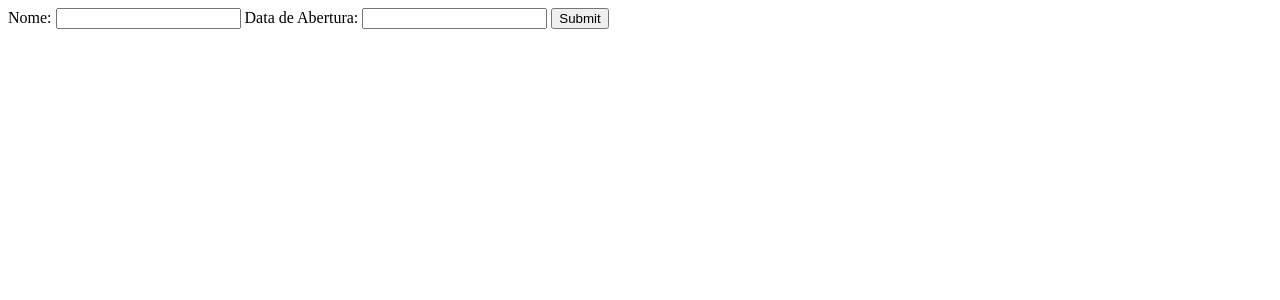
Repository: rodrigo-peddinghausen/java-servelet
Page: http://localhost/gerenciador/mostraEmpresa?id=1
The author's editor kept a copy of each file at every save. The page is drawn from the files as they stood at one save, then again after the next save.
The browser window is 1280 px wide. The pictures show the whole page.
The page is served by Tomcat 9.

Above is the page before, as saved 2021-05-01 16:23:41.

After the next save:
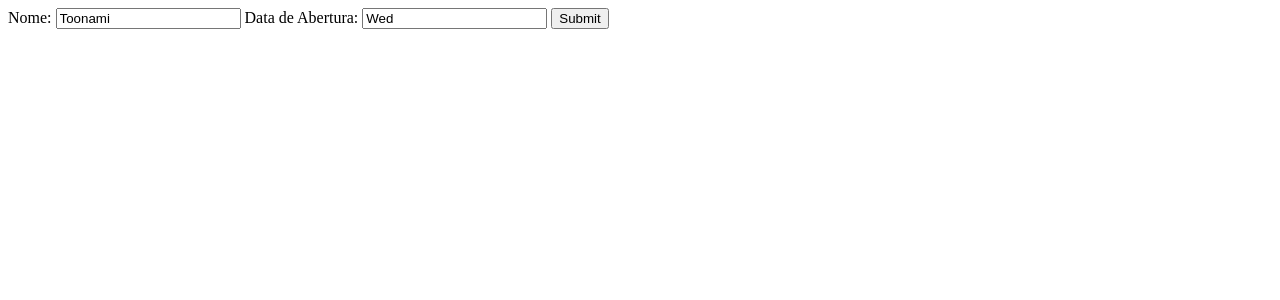
Saved 98 s later.
--- a/gerenciador/WebContent/formAlteraEmpresa.jsp
+++ b/gerenciador/WebContent/formAlteraEmpresa.jsp
@@ -10,8 +10,8 @@
 <body>
 
 	<form action="${ linkServletNovaEmpresa }" method="post"> <!-- O "action" defina a url pra onde vocêe vai enviar a requisição ao subter o formulário. E o "name" é o nome do parametro -->
-		Nome: <input type="text" name="nome" />
-		Data de Abertura: <input type="text" name="data" />
+		Nome: <input type="text" name="nome" value=${ empresa.nome } />
+		Data de Abertura: <input type="text" name="data" value=${ empresa.dataAbertura } />
 		<input type="submit" />
 	</form>
 </body>
